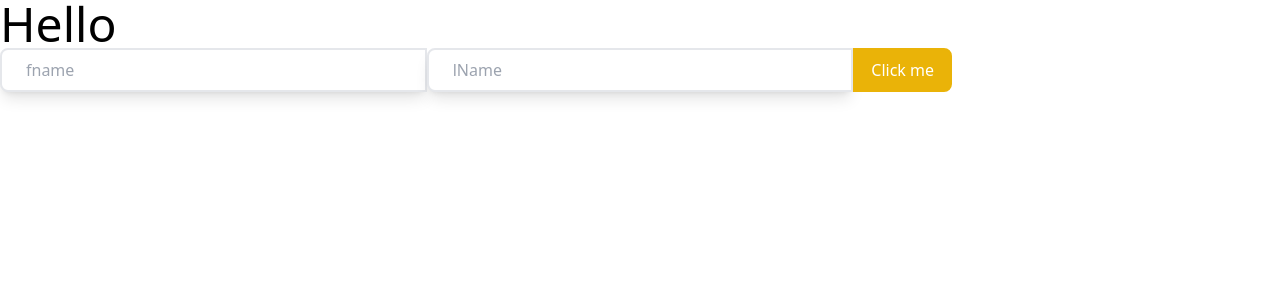
Repository: theanmol-raj/GoogleKeepCloneTutorial
Page: /about
These files come from the project's save history. The page is drawn as it stood at one moment and after the next save; the edit follows.
The browser window is 1280 px wide. The pictures show the whole page.
The project was rebuilt for these pictures with package versions that can differ from the ones it lists, and the page was loaded fresh each time. Also part of the build but not shown: src/Components/Navbar.jsx, src/Components/Writer.jsx, src/Screens/Homescreen.jsx, src/Screens/LoginScreen.jsx.

Above is the page before, as saved 2022-09-08 20:26:42.

After the next save:
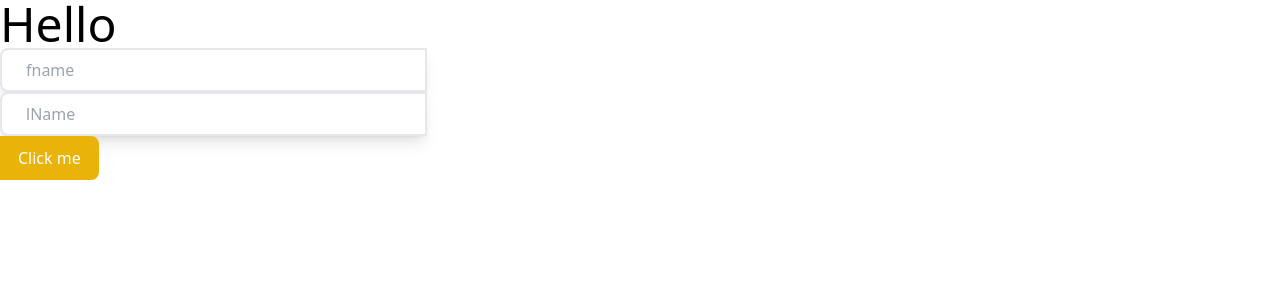
Saved 2 min 32 s later.
--- a/src/Screens/AboutScreen.jsx
+++ b/src/Screens/AboutScreen.jsx
@@ -1,13 +1,25 @@
-import React from 'react'
+import React, { useState } from 'react'
 
 function AboutScreen() {
+    const [fn ,Setfn] =useState("");
+    const [ln ,Setln] =useState("");
+
+    function Handler1(e){
+        Setfn(e.target.value)
+    }
+
+    function Handler2(e){
+        Setln(e.target.value)
+    }
+
+
 
 
   return (
     <div>
-        <h1 className=' text-5xl'> Hello </h1>
-        <input className=" py-2 px-6 rounded-lg w-1/3 rounded-r-none  border-2 shadow-lg" placeholder='fname' />
-        <input className=" py-2 px-6 rounded-lg w-1/3 rounded-r-none  border-2 shadow-lg" placeholder='lName' />
+        <h1 className=' text-5xl'> Hello {fn} {ln} </h1>
+        <input onChange={Handler1} className=" py-2 px-6 rounded-lg w-1/3 rounded-r-none  border-2 shadow-lg" placeholder='fname' /><br />
+        <input onChange={Handler2} className=" py-2 px-6 rounded-lg w-1/3 rounded-r-none  border-2 shadow-lg" placeholder='lName' /><br />
         <button className=" bg-yellow-500 border-yellow-500 text-white p-2 px-4 rounded-lg rounded-l-none border-2 ">Click me</button>
     </div>
   )
